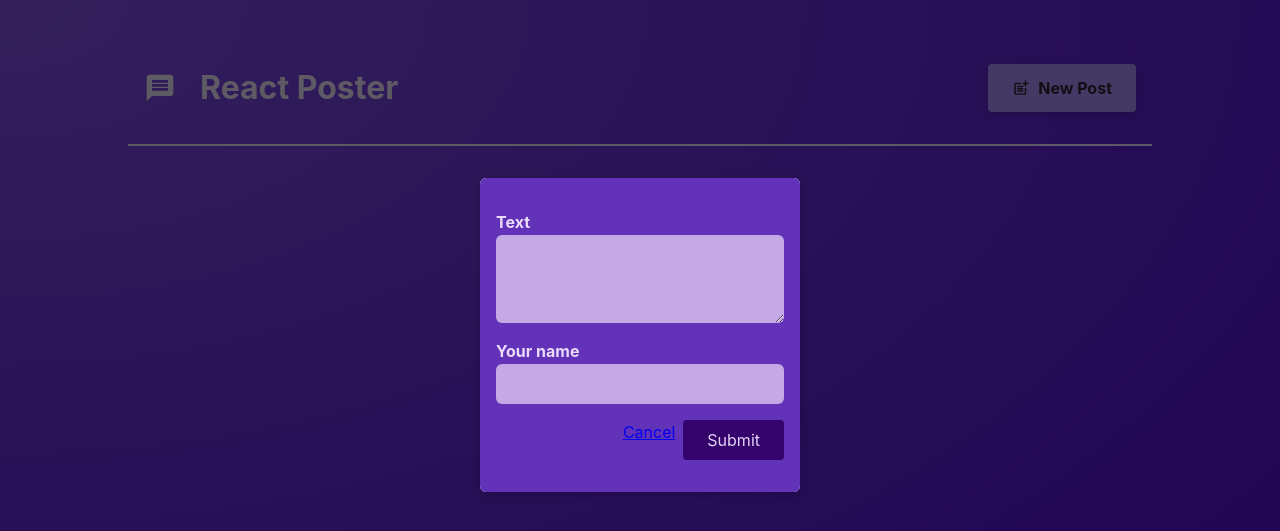
Repository: NelsonBaez/react-refresher
Page: /create-post
The author's editor kept a copy of each file at every save. The page is drawn from the files as they stood at one save, then again after the next save.
The browser window is 1280 px wide. The pictures show the whole page.
The page's requests for data from a server got no answer. The project was rebuilt for these pictures with package versions that can differ from the ones it lists, and the page was loaded fresh each time. No one was signed in, and anything a server would have sent is missing. Also part of the build but not shown: vite.config.js, src/components/Post.module.css, src/components/Post.jsx, src/components/PostList.module.css.

Above is the page before, as saved 2024-05-22 14:41:27.

### src/main.jsx
import React from 'react'
import ReactDOM from 'react-dom/client'
import Posts from './routes/Posts.jsx'
import './index.css'
import { RouterProvider, createBrowserRouter } from 'react-router-dom'
import NewPost from './routes/NewPost.jsx'
import RootLayout from './routes/RootLayout.jsx'

const router = createBrowserRouter([
  { path: '/', element: <RootLayout />, children: [
    { path: '/', element: <Posts />, children: [
      { path: '/create-post', element: <NewPost /> },
    ]},
  ]},

]);

ReactDOM.createRoot(document.getElementById('root')).render(
  <React.StrictMode>
    <RouterProvider router={router} />
  </React.StrictMode>,
)

### src/routes/Posts.jsx
import { Outlet } from 'react-router-dom'
import PostList from '../components/PostList'

const posts = [{
  author: 'Franchesco',
  body: 'La maquina más veloz'
},{
  author: 'Virgulini',
  body: 'The Tota Italiaa'
}]

function Posts() {


  return (
    <>

      <Outlet />
      <main>
        <PostList />
      </main>
    </>
  )
}

export default Posts

### src/routes/NewPost.jsx
import PropTypes from 'prop-types';
import classes from './NewPost.module.css';
import { useState } from 'react';
import Modal from '../components/Modal';
import { Link } from 'react-router-dom';

function NewPost({onAddPost}) {
  const [body, setBody] = useState('');
  const [author, setAuthor] = useState('');

  const bodyChangeHandler = e => setBody(e.target.value);

  const authorChangeHandler = e => setAuthor(e.target.value);

  const submitHandler = e => {
    e.preventDefault();
    const postData = {
      body:body,
      author:author
    }
    onAddPost(postData);
  }

  return (
    <Modal>
      <form className={classes.form} onSubmit={submitHandler}>
        <p>
          <label htmlFor="body">Text</label>
          <textarea id="body" required rows={3} onChange={bodyChangeHandler} />
        </p>
        <p>
          <label htmlFor="name">Your name</label>
          <input type="text" id="name" required onChange={authorChangeHandler} />
        </p>
        <p className={classes.actions}>
          <Link to=".." type='button' >Cancel</Link>
          <button>Submit</button>
        </p>
      </form>
    </Modal>
  );
}

NewPost.propTypes = {
  onAddPost: PropTypes.func.isRequired,
}

export default NewPost;

### src/routes/RootLayout.jsx
import { Outlet } from "react-router-dom";
import MainHeader from "../components/MainHeader";

function RootLayout() {
  return (
    <>
      <MainHeader />
      <Outlet/>
    </>
  )
}

export default RootLayout;

### src/components/PostList.jsx
import Post from "./Post";
import PropTypes from 'prop-types';
import classes from './PostList.module.css';
import { useEffect, useState } from "react";

function PostList() {
  const [posts, setPosts] = useState([]);
  const [isFetching, setIsFetching] = useState(false);

  useEffect(() => {
    async function fetchPosts() {
      setIsFetching(true);
      const response = await fetch('http://localhost:8080/posts');
      const resData = await response.json();
      setPosts(resData.posts);
      setIsFetching(false);
    }

    fetchPosts();
  }, []);

  const addPostHandler = postData => {
    fetch('http://localhost:8080/posts', {
      method: 'POST',
      body: JSON.stringify(postData),
      headers: {'Content-Type': 'application/json'}
    });
    setPosts(exitingPosts => [postData, ...exitingPosts])
  };

  return (
    <>

      {!isFetching && posts.length > 0 && (
        <ul className={classes.posts}>
          {posts.map(post =>
            <Post key={post.id} author={post.author} body={post.body} />
          )}
        </ul>
      )}
      {!isFetching && posts.length === 0 && (
        <div style={{textAlign: 'center', color: 'white'}}>
          <h2>No posts</h2>
          <p>Add some!</p>
        </div>
      )}
      {isFetching && <div style={{textAlign:'center', color:'white'}}><p>Loading posts...</p></div>
      }
    </>
  )

}

PostList.propTypes = {
  isPosting: PropTypes.bool.isRequired,
  onStopPosting: PropTypes.func.isRequired,
}


export default PostList;

### src/routes/NewPost.module.css
.form {
  background-color: #6233b9;
  padding: 1rem;
  width: 20rem;
}

.form label {
  display: block;
  margin-bottom: 0.05rem;
  color: #eadbfb;
  font-weight: bold;
}

.form input,
.form textarea {
  display: block;
  width: 100%;
  font: inherit;
  padding: 0.5rem;
  border-radius: 6px;
  border: none;
  background-color: #c4a9e4;
  color: #28262c;
}

.actions {
  display: flex;
  justify-content: flex-end;
  gap: 0.5rem;
}

.actions button {
  cursor: pointer;
  font: inherit;
  padding: 0.5rem 1.5rem;
  border: none;
  border-radius: 4px;
  background-color: #34036c;
  color: #e5d5f7;
}

.actions button:hover {
  background-color: #23014a;
}

.actions button[type='button'] {
  background-color: transparent;
}

.actions button[type='button']:hover {
  color: #d1bee6;
}

### src/components/Modal.jsx
import PropTypes from 'prop-types';
import classes from './Modal.module.css';
import { useNavigate } from 'react-router-dom';

function Modal({children}) {
  const navigate = useNavigate()
  function closeHandler() {
    navigate('..');
  }
  return (
    <>
      <div className={classes.backdrop} onClick={closeHandler}/>
      <dialog open className={classes.modal}>
        {children}
      </dialog>
    </>
  )
}

Modal.propTypes = {
  children: PropTypes.element.isRequired,
}


export default Modal;

### src/components/MainHeader.jsx
import { MdPostAdd, MdMessage } from 'react-icons/md';

import classes from './MainHeader.module.css';
import { Link } from 'react-router-dom';

function MainHeader() {
  return (
    <header className={classes.header}>
      <h1 className={classes.logo}>
        <MdMessage />
        React Poster
      </h1>
      <p>
        <Link to="/create-post" className={classes.button} >
          <MdPostAdd size={18} />
          New Post
        </Link>
      </p>
    </header>
  );
}

export default MainHeader;

Loaded but not shown: index.html (common file); src/index.css (common file); src/components/Modal.module.css (common file); src/components/MainHeader.module.css (common file)

After the next save:
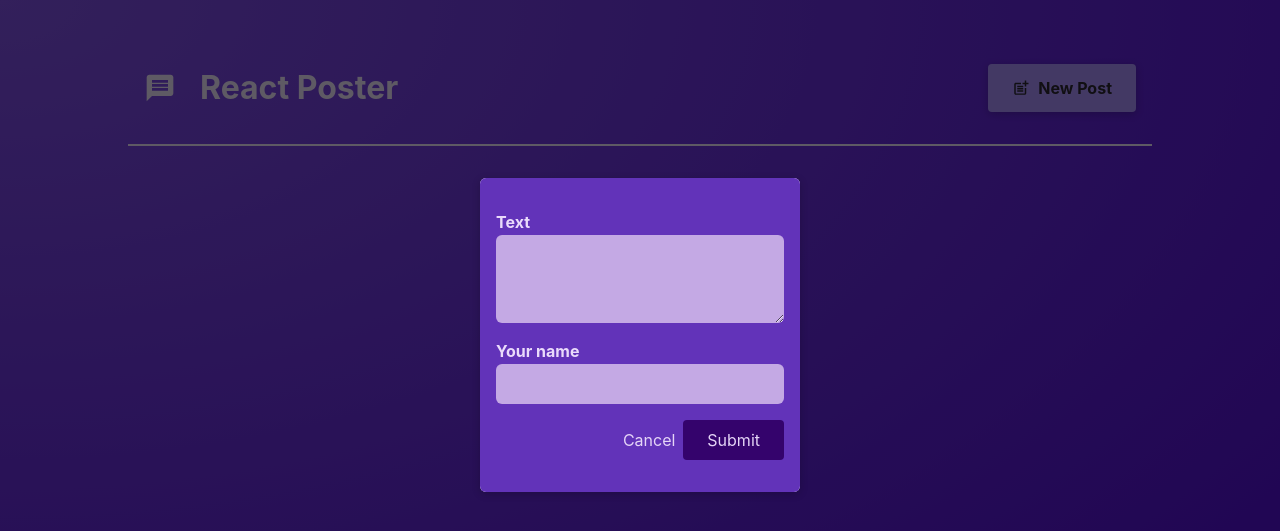
Saved 108 min 59 s later.
--- a/src/routes/NewPost.module.css
+++ b/src/routes/NewPost.module.css
@@ -26,6 +26,7 @@
 .actions {
   display: flex;
   justify-content: flex-end;
+  align-items: center;
   gap: 0.5rem;
 }
 
@@ -43,10 +44,12 @@
   background-color: #23014a;
 }
 
-.actions button[type='button'] {
+.actions a {
   background-color: transparent;
+  text-decoration: none;
+  color: #e5d5f7;
 }
 
-.actions button[type='button']:hover {
+.actions a:hover {
   color: #d1bee6;
 }
